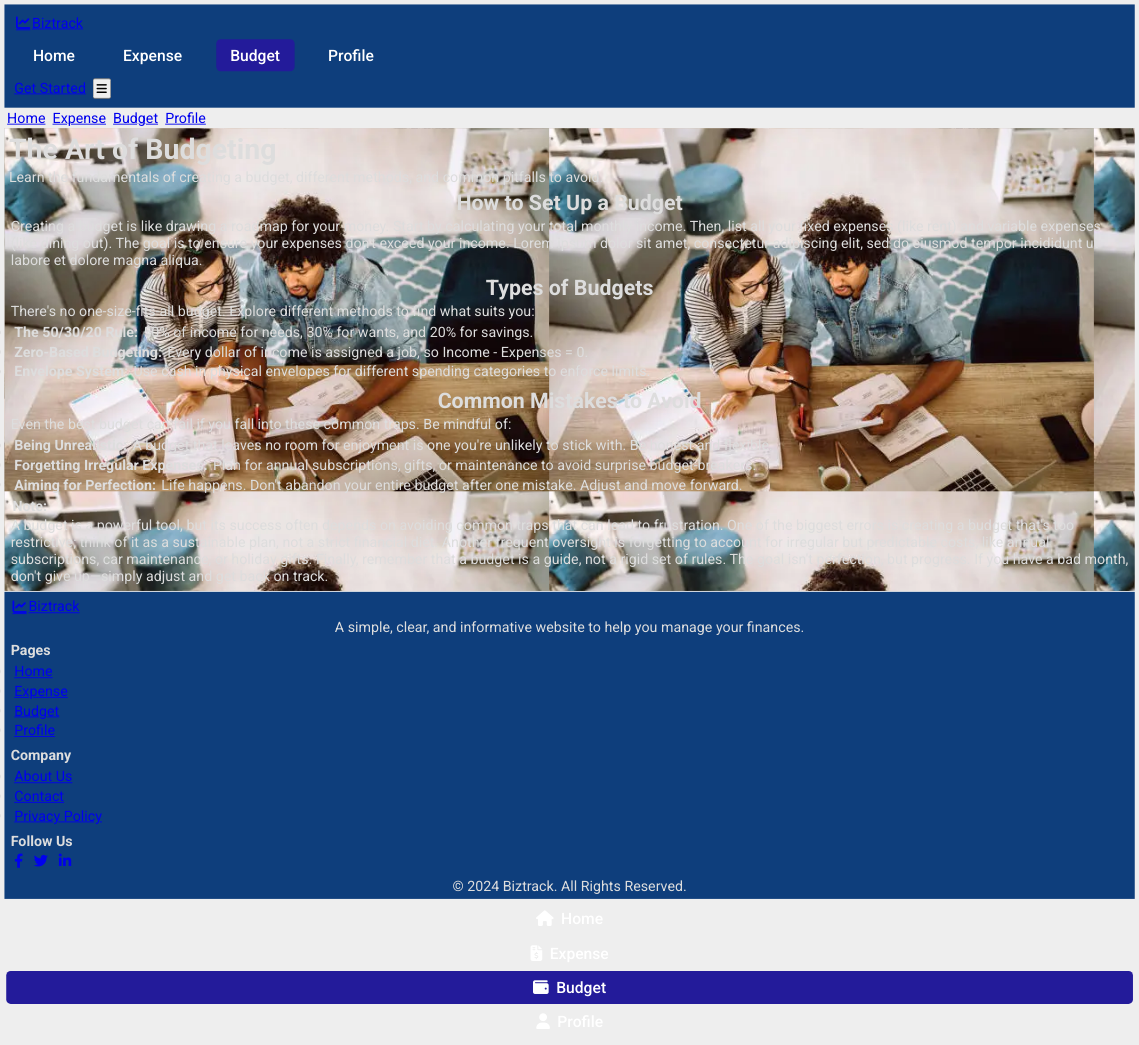
Repository: JoyUdoh106/wdd131
Page: project/budget.html
The author's editor kept a copy of each file at every save. The page is drawn from the files as they stood at one save, then again after the next save.
The browser window is 1280 px wide. The pictures show the whole page, at 89% of full size.

Above is the page before, as saved 2025-08-10 19:08:20.
Console error: TypeError: Cannot set properties of null (setting 'textContent')

### project/budget.html
<!DOCTYPE html>
<html lang="en">
<head>
    <meta charset="UTF-8">
    <meta name="viewport" content="width=device-width, initial-scale=1.0">
    <title>Expense Tracking - Biztrack</title>
    <meta name="author" content="Joy Paulinus Udoh">
    <meta name="description" content="Biztrack Expense Page">

    <link rel="stylesheet" href="styles/project.css">
    <script src="scripts/project.js" defer></script>
    <link rel="stylesheet" href="styles/project-large.css">
    <link rel="stylesheet" href="https://cdnjs.cloudflare.com/ajax/libs/font-awesome/6.4.0/css/all.min.css">

    <link rel="preconnect" href="https://fonts.googleapis.com">
    <link rel="preconnect" href="https://fonts.gstatic.com" crossorigin>
    <link href="https://fonts.googleapis.com/css2?family=Merriweather:wght@300;400&family=Roboto:ital,wght@0,100..900;1,100..900&display=swap" rel="stylesheet">
</head>
<body>
    <header>
        <div class="container header-container">
            <a href="index.html" class="logo"><i class="fas fa-chart-line"></i> Biztrack</a>
            <nav class="main-nav">
                <ul class="nav-links">
                    <li><a href="index.html" class="nav-link">Home</a></li>
                    <li><a href="expense.html" class="nav-link">Expense</a></li>
                    <li><a href="budget.html" class="nav-link active">Budget</a></li>
                    <li><a href="profile.html" class="nav-link">Profile</a></li>
                </ul>
            </nav>
            <a href="#" class="btn btn-primary get-started-btn">Get Started</a>
            <button class="nav-toggle" id="nav-toggle-btn">
                <i class="fas fa-bars"></i>
            </button>
        </div>
    </header>

    <div class="mobile-nav" id="mobile-nav-menu">
        <a href="index.html" class="nav-link">Home</a>
        <a href="expense.html" class="nav-link">Expense</a>
        <a href="budget.html" class="nav-link active">Budget</a>
        <a href="profile.html" class="nav-link">Profile</a>
    </div>

    <main class="content-page">
        <div class="container">
            <h1>The Art of Budgeting</h1>
            <p class="subtitle">Learn the fundamentals of creating a budget, different methods, and common pitfalls to avoid.</p>

            <article class="content-article reveal">
                <h2>How to Set Up a Budget</h2>
                <p>Creating a budget is like drawing a roadmap for your money. Start by calculating your total monthly income. Then, list all your fixed expenses (like rent) and variable expenses (like dining out). The goal is to ensure your expenses don't exceed your income. Lorem ipsum dolor sit amet, consectetur adipiscing elit, sed do eiusmod tempor incididunt ut labore et dolore magna aliqua.</p>
            </article>

            <article class="content-article reveal">
                <h2>Types of Budgets</h2>
                <p>There's no one-size-fits-all budget. Explore different methods to find what suits you:</p>
                <ul>
                    <li><strong>The 50/30/20 Rule:</strong> 50% of income for needs, 30% for wants, and 20% for savings.</li>
                    <li><strong>Zero-Based Budgeting:</strong> Every dollar of income is assigned a job, so Income - Expenses = 0.</li>
                    <li><strong>Envelope System:</strong> Use cash in physical envelopes for different spending categories to enforce limits.</li>
                </ul>
            </article>

            <article class="content-article reveal">
                <h2>Common Mistakes to Avoid</h2>
                <p>Even the best budget can fail if you fall into these common traps. Be mindful of:</p>
                <ul>
                    <li><strong>Being Unrealistic:</strong> A budget that leaves no room for enjoyment is one you're unlikely to stick with. Be honest and flexible.</li>
                    <li><strong>Forgetting Irregular Expenses:</strong> Plan for annual subscriptions, gifts, or maintenance to avoid surprise budget-breakers.</li>
                    <li><strong>Aiming for Perfection:</strong> Life happens. Don't abandon your entire budget after one mistake. Adjust and move forward.</li>
                </ul>
                <p><strong>Note:</strong></p>
                <p>A budget is a powerful tool, but its success often depends on avoiding common traps that can lead to frustration. One of the biggest errors is creating a budget that's too restrictive; think of it as a sustainable plan, not a strict financial diet. Another frequent oversight is forgetting to account for irregular but predictable costs, like annual subscriptions, car maintenance, or holiday gifts. Finally, remember that a budget is a guide, not a rigid set of rules. The goal isn't perfection, but progress. If you have a bad month, don't give up—simply adjust and get back on track. </p>
            </article>
        </div>
    </main>

    <footer>
        <div class="container footer-container">
            <div class="footer-about">
                <a href="index.html" class="logo"><i class="fas fa-chart-line"></i> Biztrack</a>
                <p>A simple, clear, and informative website to help you manage your finances.</p>
            </div>
            <div class="footer-links">
                <h4>Pages</h4>
                <ul>
                    <li><a href="index.html">Home</a></li>
                    <li><a href="expense.html">Expense</a></li>
                    <li><a href="budget.html">Budget</a></li>
                    <li><a href="profile.html">Profile</a></li>
                </ul>
            </div>
            <div class="footer-links">
                <h4>Company</h4>
                <ul>
                    <li><a href="#">About Us</a></li>
                    <li><a href="#">Contact</a></li>
                    <li><a href="#">Privacy Policy</a></li>
                </ul>
            </div>
            <div class="footer-social">
                <h4>Follow Us</h4>
                <div class="social-icons">
                    <a href="#"><i class="fab fa-facebook-f"></i></a>
                    <a href="#"><i class="fab fa-twitter"></i></a>
                    <a href="#"><i class="fab fa-linkedin-in"></i></a>
                </div>
            </div>
        </div>
        <div class="footer-bottom">
            <p>&copy; 2024 Biztrack. All Rights Reserved.</p>
        </div>
    </footer>

    <nav class="mobile-bottom-nav">
        <a href="index.html" class="bottom-nav-link">
            <i class="fas fa-home"></i>
            <span>Home</span>
        </a>
        <a href="expense.html" class="bottom-nav-link">
            <i class="fas fa-file-invoice-dollar"></i>
            <span>Expense</span>
        </a>
        <a href="budget.html" class="bottom-nav-link active">
            <i class="fas fa-wallet"></i>
            <span>Budget</span>
        </a>
        <a href="profile.html" class="bottom-nav-link">
            <i class="fas fa-user"></i>
            <span>Profile</span>
        </a>
    </nav>
</body>
</html>

### project/styles/project.css
* {
    margin: 1px;
    padding: 1px;
    box-sizing: border-box;
}

body {
    font-family: 'Roboto' , sans-serif;
    background-color: #eee;
    color: #ddd;
    background-image: image;
}

header {
    background-color: #0e3e7c;
    display: flex;
    justify-content: space-between;
    align-items: center;
    padding: 7px;
}

header h1 {
    font-size: 1.3rem;
    font-family: 'Merriweather', serif;
}

main {
    background-image: url(../images/project-hero-image.webp);
    justify-items: center;
}

.logo {
    display: flex;
}

nav {
    display: none;
}

#menu-button {
    font-size: 1.7rem;
    background: none;
    border: none;
    color: white;
    cursor: pointer;
}

nav {
    display: none;
}

nav.open {
    display: block;
    position: absolute;
    top: 65px;
    left: 0;
    width: 100%;
    background-color: #310f5e;
}

nav ul {
    list-style-type: none;
    display: flex;
    flex-direction: column;
}

nav a {
    display: block;
    color: white;
    text-align: center;
    padding: 1rem;
    text-decoration: none;
    font-size: 1.1rem;
    font-weight: 500;
}

nav a:hover, nav a.active {
    background-color: #231b9a;
}

#infor {
    color: white;
    background-color: rgba(5, 39, 114, 0.562);
    margin: 4px;
    padding: 1px;
}

.morquee-button {
    background-color: rgb(4, 107, 138);
    border-radius: 6px;
    border: rgba(93, 17, 138, 0.3);
    padding: 5px;
    color: #ddd;
    font-family: 'Roboto', sans-serif;
}

.section {
    color: white;
}

.project-home {
    width: 90%;
    background-color: rgba(8, 19, 165, 0.5);
    margin-left: auto;
    margin-right: auto;
    padding: 10px;
    margin: 2px 5px;
    border: rgba(74, 226, 231, 0.5);
    border-radius: 6px;
    max-width: 700px;
}

h2 {
    text-align: center;
}

ol {
     list-style-type: none;
}

footer {
    background-color: #0e3e7c;
}

.footer {
    display: flex;
    justify-content: space-between;
    align-items: center;
    padding: 10px 20px;
}

footer p {
    text-align: center;
}

.sociallinks {
    display: flex;
    gap: 10px;
}

.sociallinks a img {
    width: 50px;
    height: auto;
    text-decoration: none;
}

.sociallinks a {
    text-decoration: none;
}

### project/scripts/project.js
document.addEventListener('DOMContentLoaded', () => {

    const currentYearSpan = document.getElementById('current-year');
    const currentYear = new Date().getFullYear();
    currentYearSpan.textContent = currentYear;

    const lastModifiedSpan = document.getElementById('last-modified');
    const lastModified = document.lastModified;
    lastModifiedSpan.textContent = lastModified;

    const menuButton = document.getElementById('menu-button');
    const nav = document.querySelector('nav');

    menuButton.addEventListener('click', () => {
        nav.classList.toggle('open');
        if (nav.classList.contains('open')) {
            menuButton.textContent = 'X';
        } else {
            menuButton.textContent = '☰';
        }
    });

});

### project/styles/project-large.css
@media (min-width: 768px) {
    #menu-button {
        display: none;
    }

    nav {
        display: block;
        position: static;
        width: auto;
        background-color: transparent;
    }

    nav ul {
        flex-direction: row;
        gap: 1rem;
    }

    nav a {
        padding: 0.5rem 1rem;
        border-radius: 5px;
    }

    #infor {
        padding: 7px;
        margin: 10px;
    }

    .project-home {
        max-width: 1600px;
    }

}

After the next save:
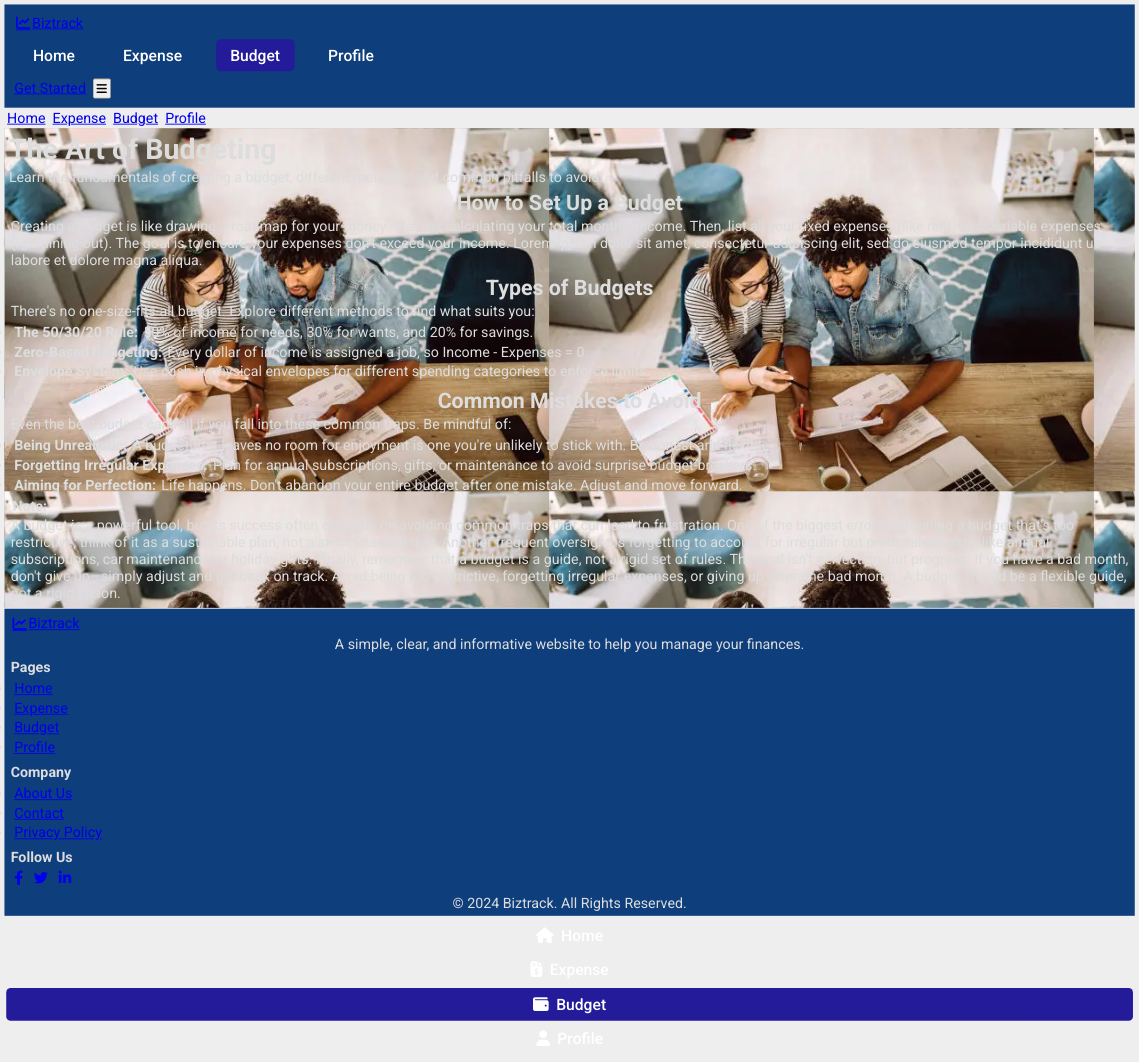
Saved 23 s later.
--- a/project/budget.html
+++ b/project/budget.html
@@ -71,7 +71,7 @@
                     <li><strong>Aiming for Perfection:</strong> Life happens. Don't abandon your entire budget after one mistake. Adjust and move forward.</li>
                 </ul>
                 <p><strong>Note:</strong></p>
-                <p>A budget is a powerful tool, but its success often depends on avoiding common traps that can lead to frustration. One of the biggest errors is creating a budget that's too restrictive; think of it as a sustainable plan, not a strict financial diet. Another frequent oversight is forgetting to account for irregular but predictable costs, like annual subscriptions, car maintenance, or holiday gifts. Finally, remember that a budget is a guide, not a rigid set of rules. The goal isn't perfection, but progress. If you have a bad month, don't give up—simply adjust and get back on track. </p>
+                <p>A budget is a powerful tool, but its success often depends on avoiding common traps that can lead to frustration. One of the biggest errors is creating a budget that's too restrictive; think of it as a sustainable plan, not a strict financial diet. Another frequent oversight is forgetting to account for irregular but predictable costs, like annual subscriptions, car maintenance, or holiday gifts. Finally, remember that a budget is a guide, not a rigid set of rules. The goal isn't perfection, but progress. If you have a bad month, don't give up—simply adjust and get back on track. Avoid being too restrictive, forgetting irregular expenses, or giving up after one bad month. A budget should be a flexible guide, not a rigid prison.</p>
             </article>
         </div>
     </main>
